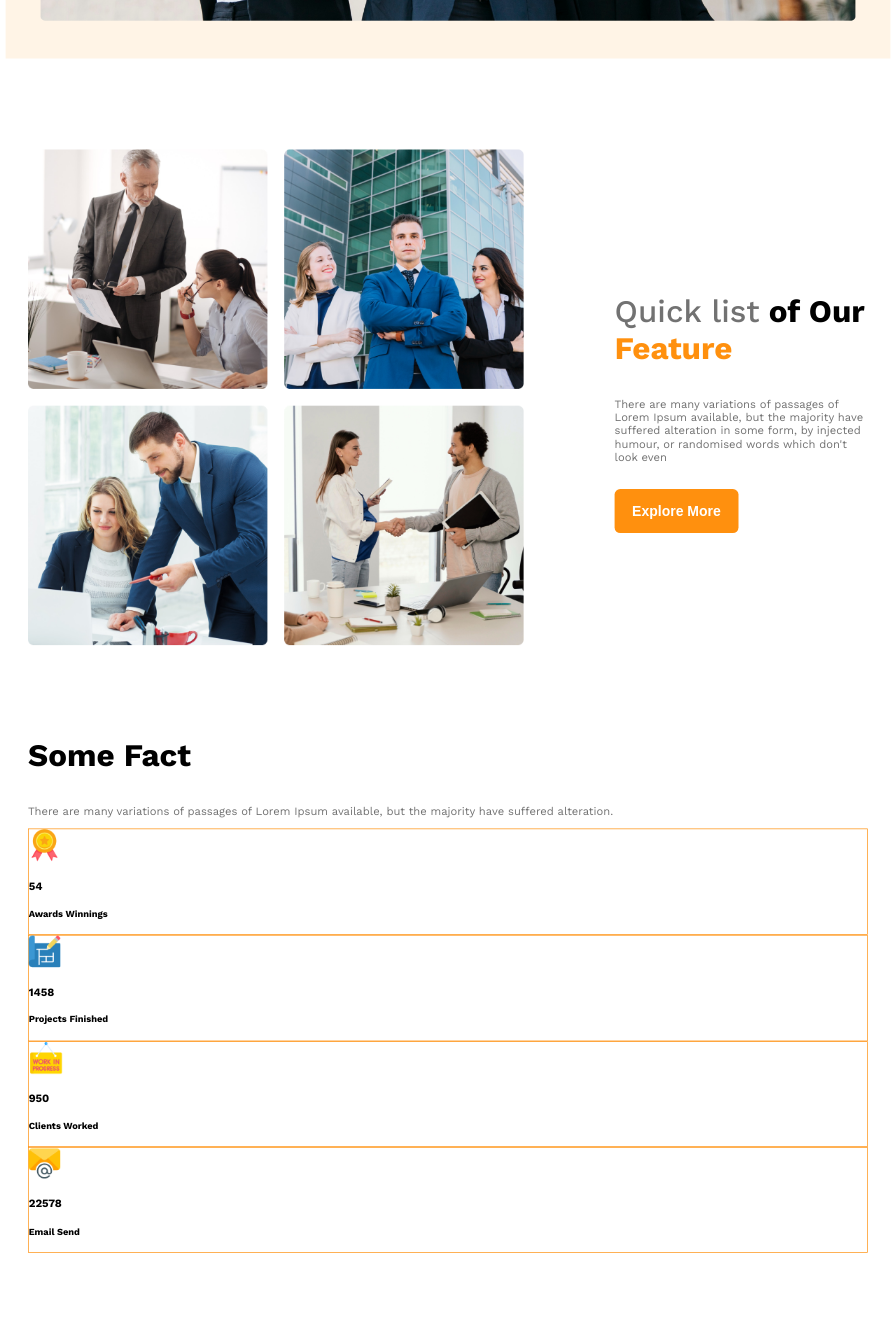
Repository: dollyrakhe22/g3-architects-website
Page: index.html
These files come from the project's save history. The page is drawn as it stood at one moment and after the next save; the edit follows.
The browser window is 1280 px wide. The pictures show the part of the page from y = 1131 to 3051 px (the page is 3051 px tall before and 2687 px after), at 70% of full size.

Above is the page before, as saved 2025-07-20 23:56:14.

### index.html
<!DOCTYPE html>
<html lang="en">
<head>
    <meta charset="UTF-8">
    <meta name="viewport" content="width=device-width, initial-scale=1.0">
    <title>Architects Website</title>
    <link rel="stylesheet" href="style.css">
</head>
<body class="work-sans-font">
   <header>
     <header class="bg-light">
           <nav class="navbar  display-flex">
             <h3 class="brand">G3 Architects</h3>
             <ul class="nav-links display-flex">
              <li class="nav-item"><a href="" class="nav-link text-gray ">Home</a></li>
              <li class="nav-item"><a href="" class="nav-link text-gray ">About</a></li>
              <li class="nav-item"><a href="" class="nav-link text-gray ">Contact Us</a></li>
              <li class="nav-item"><a href="" class="nav-link text-gray ">Login</a></li>
             </ul>
           </nav>
           <div class="banner">
          <div class="banner-content">
              <h1 class="banner-title">Brand New Group of Architects </h1>
              <p class="banner-description">There are many variations of passages of Lorem Ipsum available, but the majority have suffered alteration in some form, by injected humour,
              or randomised words which don't look even</p>
            <button class="btn-primary">Explore More</button>
          </div>
            <img class="banner-img" src="images/banner.png" alt="" srcset="">
           </div>
    </header>

   <main>
    <section class="teams display-flex">
      <div class="team-img-container">
      <img src="images/team1.png" alt="" srcset="">
      <img src="images/team2.png" alt="" srcset="">
      <img src="images/team3.png" alt="" srcset="">
      <img src="images/team4.png" alt="" srcset="">
      </div>
      <div class="our-features">
          <h3 class="section-title"><span id="quick-list" class="text-light-gray">Quick list</span> of Our <span class="text-primary">Feature</span></h3>
           <p class="feature-description  text-light-gray">There are many variations of passages of Lorem Ipsum available, but the majority have suffered alteration in some form, by injected humour,
             or randomised words which don't look even</p>
             <button class="btn-primary">Explore More</button>
      </div>
    </section>
    <!--feature will enjoy-->
      <section>
        <h3 class="section-title">Some Fact</h3>
        <p class="text-light-gray">There are many variations of passages of Lorem Ipsum available,
           but the majority have suffered alteration.</p>
           <div class="fact-container">
              <!--.fact*4>img.fact-icon+h4.fact-number+h5.fact-name-->
              <div class="fact-card display-flex">
               <div>
                 <img src="images/icons/ribon.png" alt="" class="fact-icon">
                <h4 class="fact-number">54</h4>
                <h5 class="fact-name">Awards Winnings</h5>
               </div>
              </div>
              <div class="fact-card">
                <img src="images/icons/projects.png" alt="" class="fact-icon">
                <h4 class="fact-number">1458</h4>
                <h5 class="fact-name">Projects Finished</h5>
              </div>
              <div class="fact-card">
                <img src="images/icons/customers.png" alt="" class="fact-icon">
                <h4 class="fact-number">950</h4>
                <h5 class="fact-name">Clients Worked</h5>
              </div>
              <div class="fact-card">
                <img src="images/icons/email.png" alt="" class="fact-icon">
                <h4 class="fact-number">22578</h4>
                <h5 class="fact-name">Email Send</h5>
              </div>
           </div>

      </section>
      <!--Some fact-->
      <section class="some-fact">

      </section>
   </main>
    <footer>

    </footer>
</body>
</html>

### style.css
@import url('https://fonts.googleapis.com/css2?family=Work+Sans:ital,wght@0,100..900;1,100..900&display=swap');

.work-sans-font {
  font-family: "Work Sans", sans-serif;
  font-optical-sizing: auto;
  font-weight: 400px;
  font-style: normal;
}
/*shared styles*/
.display-flex{
  display: flex;
}
/*dark 02*/
.text-gray{
  color: #424242;
}
/*dark 03*/
.text-light-gray{
  color:#727272;
}
.text-primary{
  color:#FF900E;
}
.navbar{
  justify-content: space-between;
  align-items: center;
}
.bg-light{
  background-color: rgba(255, 144, 14, 0.1);
}
.brand{
  font-weight: 700;
  font-size: 3rem;
}
.section-title{
  font-size: 2.8rem;
  font-weight: 700;
}
/*header styles*/
/*main*/
main{
  max-width: 1200px;
  margin: 0 auto;
}
main> section{
  margin-top: 130px;
}
/*navbar related styles*/
.navbar{
  display: flex;
}
.nav-item{
  list-style: none;
  margin-right: 30px;
}
.nav-link{
  text-decoration: none;
  font-size: 500;
}
.navbar,.banner {
  max-width: 1200px;
  margin: 0 auto;

}


/*banner related styles*/
.banner-content{
  max-width: 800px;
  margin: 0 auto;
  text-align: center;
  margin-bottom: 20px;

}
.banner{
  padding: 50px;

}
.banner-img{
  width: 100%;
}
.banner-title{
  font-weight: 700;
  font-size: 4rem;
}
.banner-description{
  font-size: 13px;


}
.btn-primary{
  background-color: #FF900E;
  color: white;
  padding: 20px 25px;
  font-size: 1.25rem;
  font-weight: 600;
  border:none;
  border-radius: 8px;
  margin-top: 20px;
  margin-top: 20px;

}
/*team work and features style*/
.teams{
  align-items: center;
}
.team-img-container{
   display: grid;
  grid-template-columns: repeat(2, 1fr);
  gap: 24px;
}
.our-features{
  margin-left: 130px;
  max-width: 530px;
}

#quick-list{
  font-weight: 500;
}
.feature{
  color:#FF900E;
}
/*Some fact */
.fact-card{
   border: 1px solid #FF900E;
}




/*responsive media query*/
@media screen and (max-width: 576px){
  .navbar, .nav-link, .teams{
    flex-direction: column;
  }
.team-img-container{
  grid-template-columns: repeat(1, 1fr);

}
.our-features{
  margin-left: 10px;
}
}
/*medium device*/
@media  screen and (min-width:576px) and (max-width:992px){
  .teams{
    flex-direction: column;
  }
  .our-features{
    margin: 50px auto;
  }
}

After the next save:
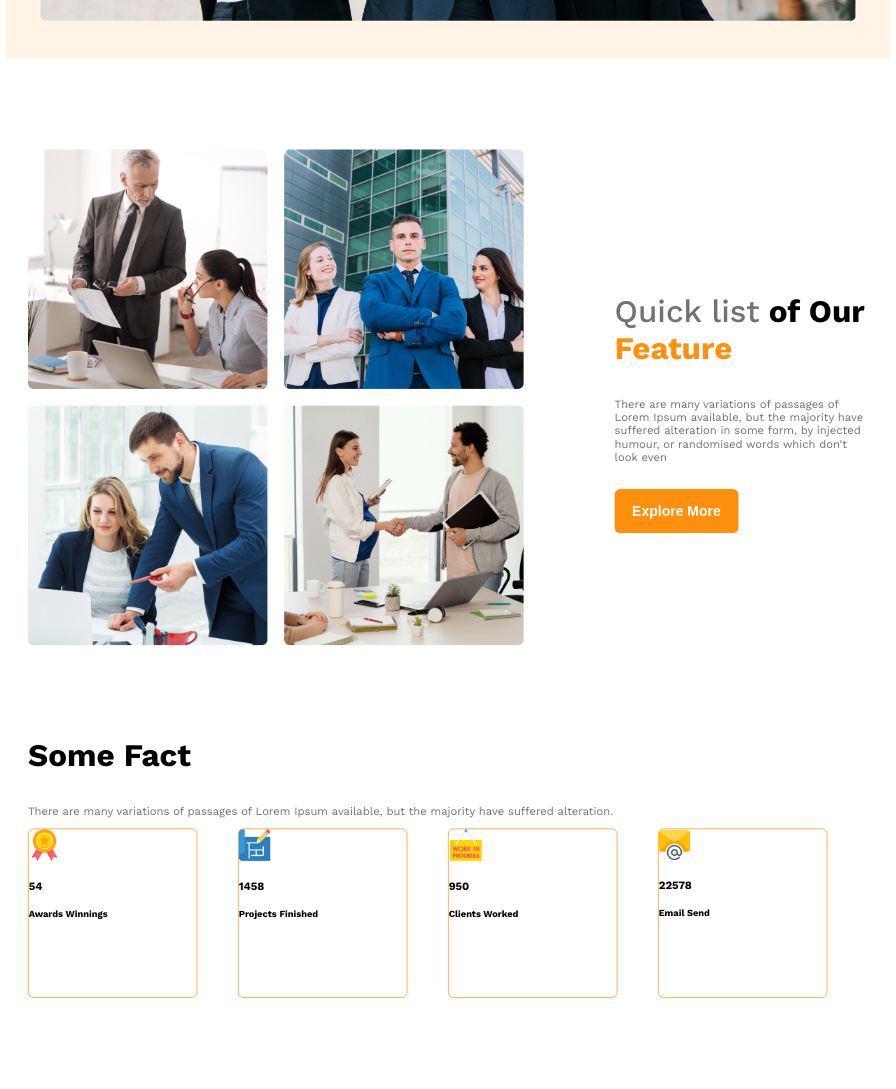
Saved 2 min 35 s later.
--- a/style.css
+++ b/style.css
@@ -121,8 +121,15 @@ main> section{
   color:#FF900E;
 }
 /*Some fact */
+.fact-container{
+  display: grid;
+  grid-template-columns: repeat(4,1fr);
+}
 .fact-card{
    border: 1px solid #FF900E;
+   width: 240px;
+   height: 240px;
+   border-radius: 8px;
 }
 
 
